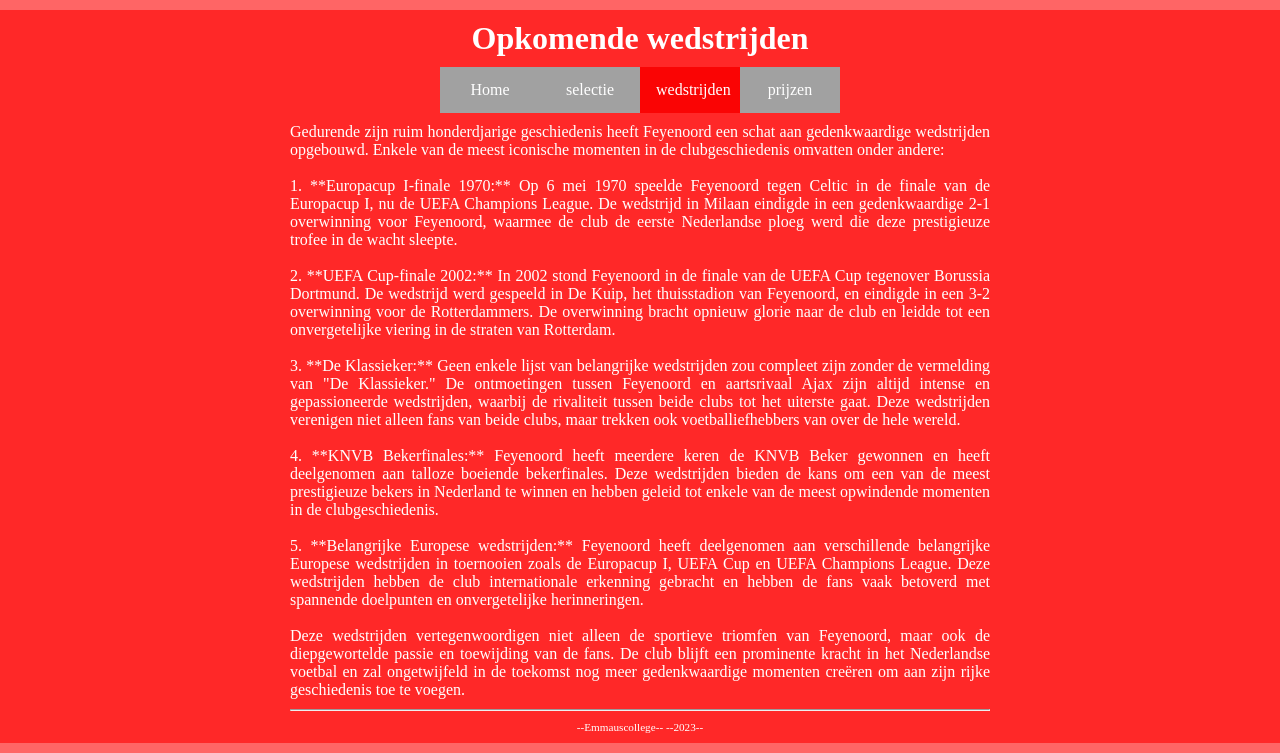
Repository: Manoize/ManoIze
Page: info.html
An editor plug-in stored every save of this project. The page is shown before and after the next save, followed by the edit.
The browser window is 1280 px wide. The pictures show the whole page.

Above is the page before, as saved 2023-10-24 10:27:30.

After the next save:
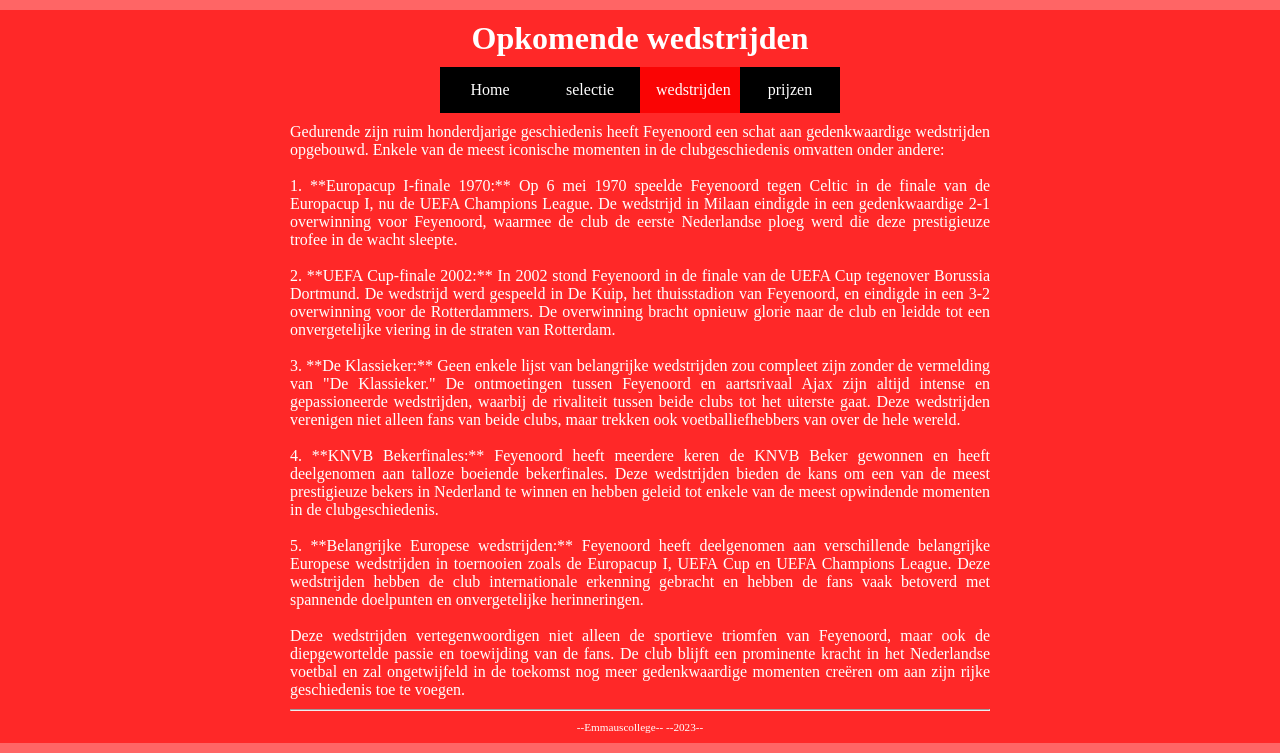
Saved 89 s later.
--- a/style.css
+++ b/style.css
@@ -103,7 +103,7 @@
     margin: auto;
     padding: 0;
     width: 400px;
-    background-color: #a1a1a1;
+    background-color: #000000;
     overflow: hidden;
 }
 
